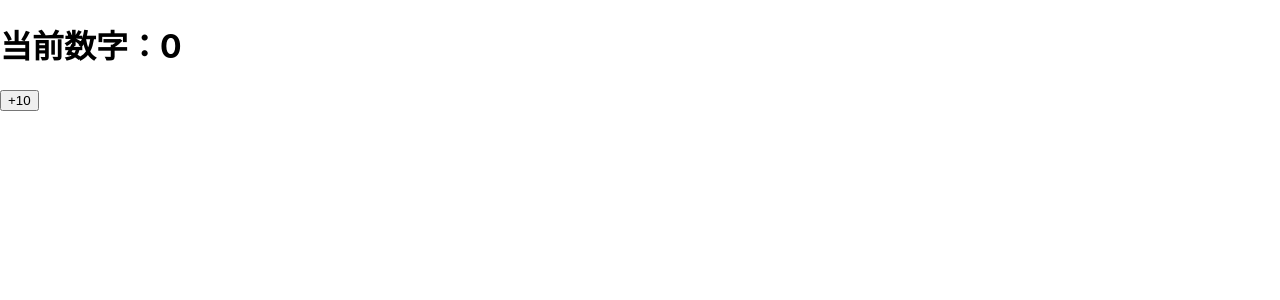
Repository: ZhangCoder0812/zf-react-project
Page: /
These files come from the project's save history. The page is drawn as it stood at one moment and after a run of saves; the edit follows.
The browser window is 1280 px wide. The pictures show the whole page.
The project was rebuilt for these pictures with package versions that can differ from the ones it lists, and the page was loaded fresh each time.

Above is the page before, as saved 2021-05-17 10:19:01.

### src/index.js
import React from "react";
import ReactDOM from "react-dom";
import "./index.css";
import App from "./App";

ReactDOM.render(
    <App className="我是父组件传的值" />, // 严格模式可能会导致多次渲染
    // <React.StrictMode>
    //   <App />
    // </React.StrictMode>,
    document.getElementById("root")
);

### src/App.js
import React, { useState } from "react";
// props 父组件传的数据
function App(props) {
    /*
      console.log(props);
      let count = 0;
      const changCount = num => {
          count += num;
          console.log(count);
      };
      上面的写法不会更新视图
      函数式组件没有setState ，引入hooks(react 16.8)解决函数式组件的缺陷,
      让其具有类组件相同的功能。
      每一次dom更新App都会执行一次 函数执行形成独立的作用域
      useState()  初始化执行只会执行一次返回初始值 以后每次执行返回的是上次更新后的值
    */
    let res = useState(0);
    console.log(res);
    let [count, setCount] = res; // count 当前定义的数字 setCount更新数据的方法
    const changCount = num => {
        setCount(count + num);
        console.log(count);
    };
    return (
        <div>
            <h1>当前数字：{count}</h1>
            <button onClick={() => changCount(10)}>+10</button>
        </div>
    );
}

export default App;

Loaded but not shown: public/index.html (common file); src/index.css (common file)

After the next 2 saves:
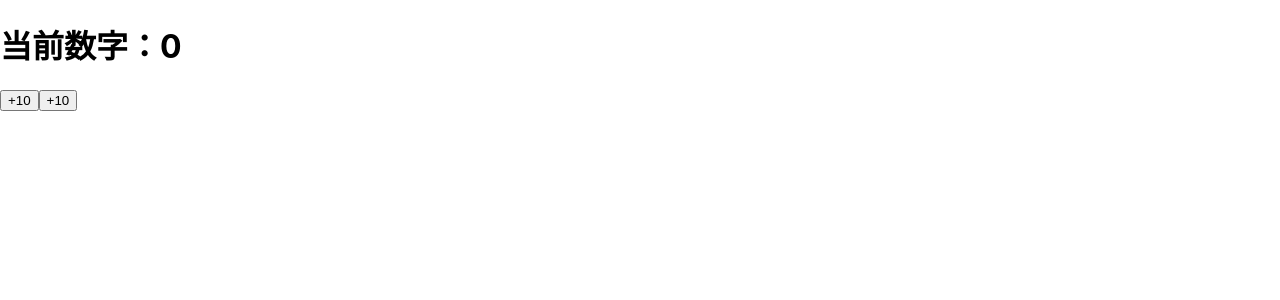
The 2 saves are shown as one change because they came seconds apart.
The last was saved 95 s later.
--- a/src/App.js
+++ b/src/App.js
@@ -25,6 +25,7 @@ function App(props) {
         <div>
             <h1>当前数字：{count}</h1>
             <button onClick={() => changCount(10)}>+10</button>
+            <button onClick={() => log(10)}>+10</button>
         </div>
     );
 }
